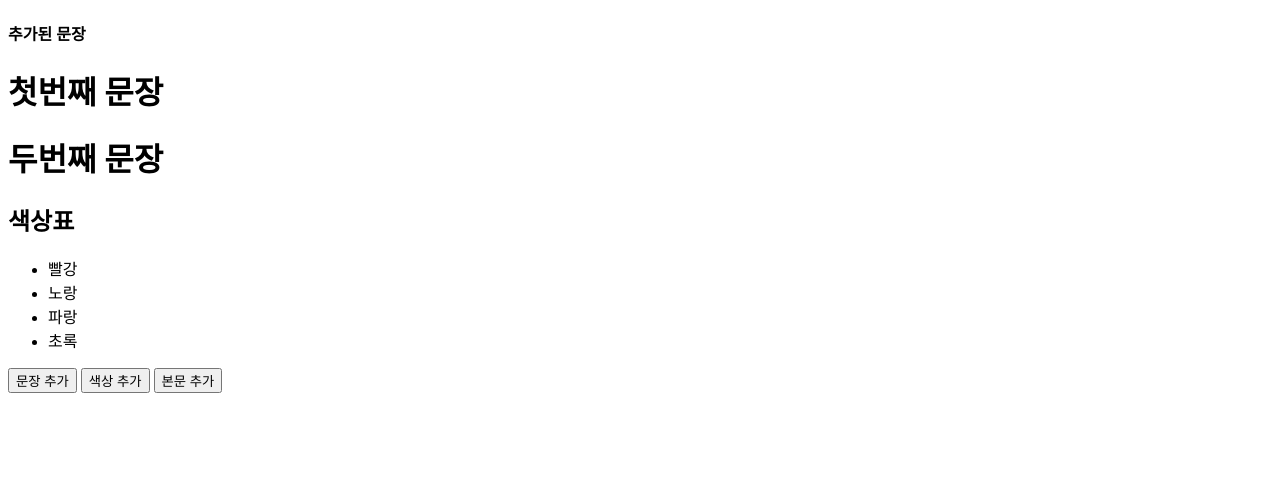
Repository: dhfkdlxm/Lecture-Web
Page: Lecture-Web/WebContent/jquery/exam14.html
These files come from the project's save history. The page is drawn as it stood at one moment and after the next save; the edit follows.
The browser window is 1280 px wide. The pictures show the whole page.
After loading, the first visible `#btn03` was clicked once.

Above is the page before, as saved 2021-06-17 06:29:11.

### Lecture-Web/WebContent/jquery/exam14.html
<!DOCTYPE html>
<html>
<head>
<meta charset="UTF-8">
<title>Insert title here</title>
<script type="text/javascript" src="js/jquery-3.6.0.min.js"></script>
<script type="text/javascript">
	$(document).ready(function() {
		$('#btn01').click(function() {
			/*
			let h1Tag = document.createElement('h1')
			let text = document.createTextNode('세번째 문장')
			h1Tag.appendChild(text)
			document.querySelector('div').appendChild(h1Tag)
			)
			 */
			$('div').append('<h1>세번째 문장</h1>')

		})

		$('#btn02').click(function() {
			//제일마지막에 항목추가
			//$('ul').append('<li>검정</li>')

			//제일처음에 추가하고 싶다면?
			$('ul').prepend('<li>검정</li>')

		})

		$('#btn03').click(function() {
			$('body').prepend('<h4>추가된 문장</h4s>')
		})
	})
</script>
</head>
<body>
	<!-- 버튼을 눌렀을때 3번째 h1추가! -->
	<div>
		<h1>첫번째 문장</h1>
		<h1>두번째 문장</h1>
		<!-- <h1>세번째 문장</h1> -->
	</div>
	<h2>색상표</h2>
	<ul>
		<li>빨강</li>
		<li>노랑</li>
		<li>파랑</li>
		<li>초록</li>
	</ul>
	<button id="btn01">문장 추가</button>
	<button id="btn02">색상 추가</button>
	<button id="btn03">본문 추가</button>
</body>
</html>

Loaded but not shown: Lecture-Web/WebContent/jquery/js/jquery-3.6.0.min.js (library)

After the next save:
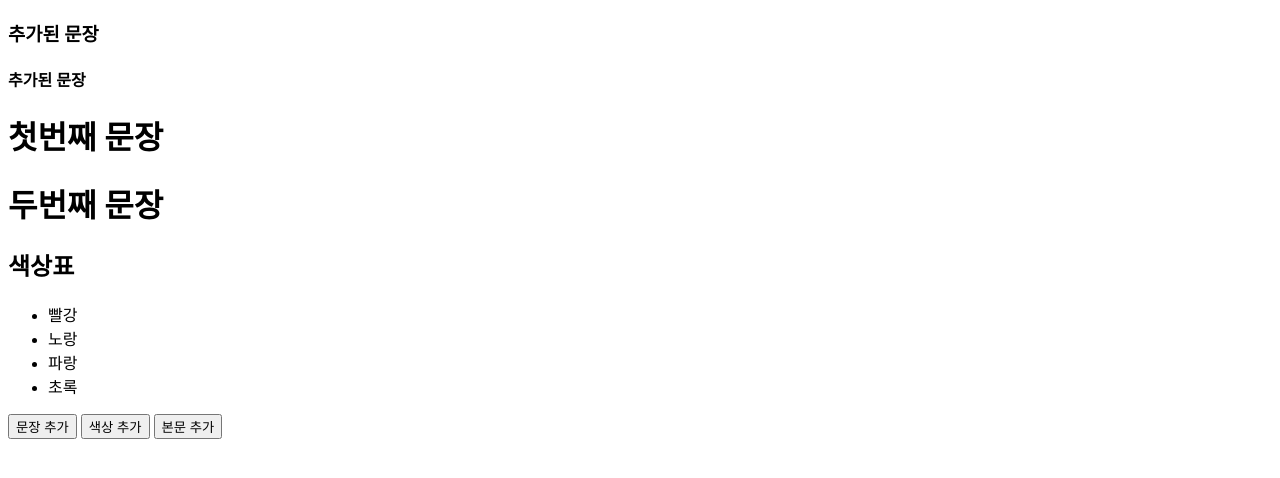
Saved 40 s later.
--- a/Lecture-Web/WebContent/jquery/exam14.html
+++ b/Lecture-Web/WebContent/jquery/exam14.html
@@ -28,7 +28,8 @@
 		})
 
 		$('#btn03').click(function() {
-			$('body').prepend('<h4>추가된 문장</h4s>')
+			$('body').prepend('<h4>추가된 문장</h4>')
+			$('body').prepend('<h3>추가된 문장</h3>')
 		})
 	})
 </script>
